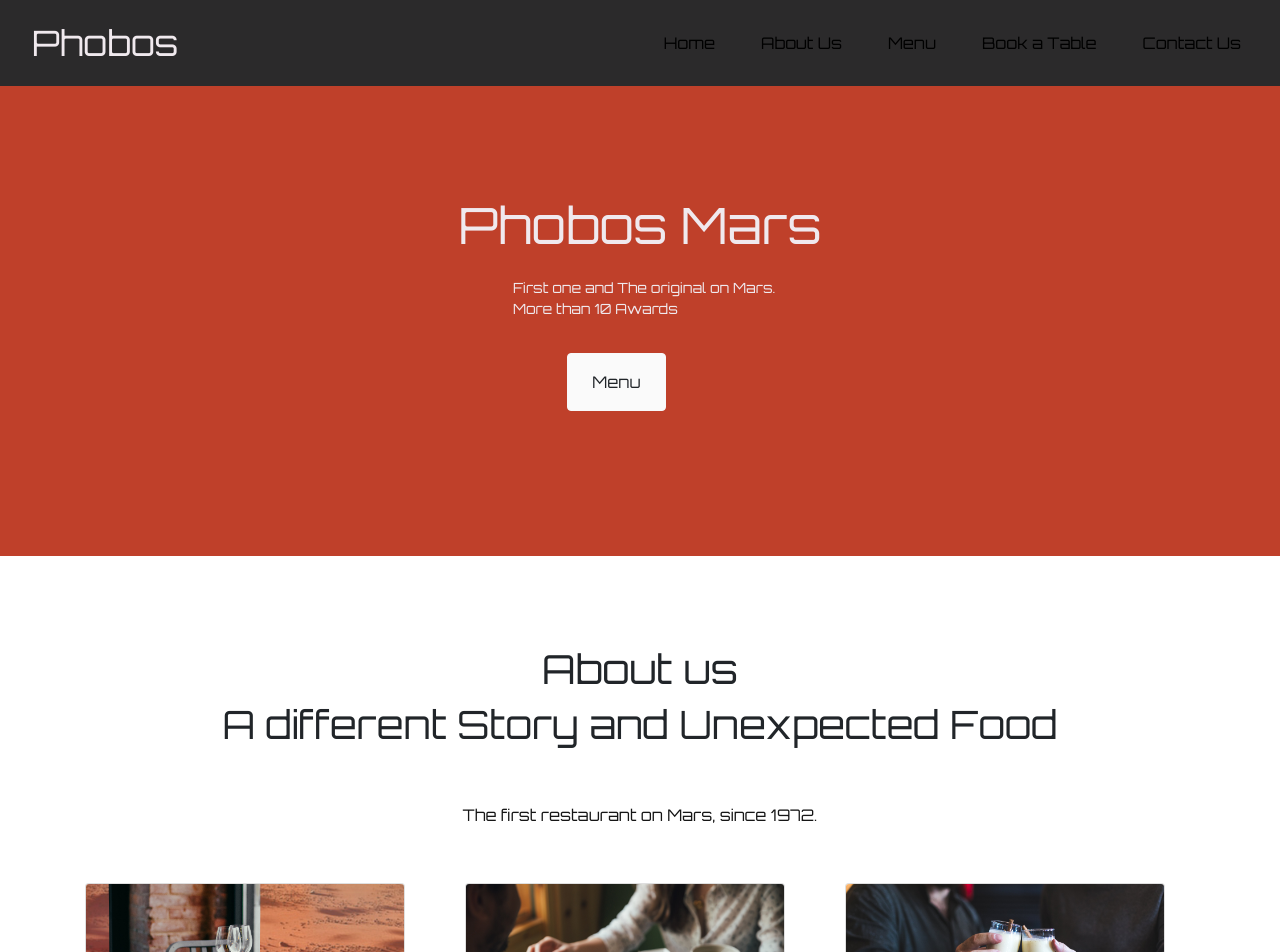
Repository: Code-Institute-Submissions/vinicald-Milestone-Project-1
Page: index.html
The author's editor kept a record of every edit. The page is drawn from the files as they stood at one moment, then again after the next edit.
The browser window is 1280 px wide. The pictures show the part of the page from y = 0 to 952 px (the page is 3392 px tall).
Backgrounds fixed to the window are drawn as part of the page. Some web fonts or font styles are not loaded; a fallback is used. Some web libraries are served in a nearby version.

Above is the page before.

### index.html
<!DOCTYPE html>
<html lang="en">

<head>
    <meta charset="UTF-8">
    <meta name="viewport" content="width=device-width, initial-scale=1.0">
    <meta http-equiv="X-UA-Compatible" content="ie=edge">
    <link rel="stylesheet" href="https://stackpath.bootstrapcdn.com/bootstrap/4.3.1/css/bootstrap.min.css" integrity="sha384-ggOyR0iXCbMQv3Xipma34MD+dH/1fQ784/j6cY/iJTQUOhcWr7x9JvoRxT2MZw1T" crossorigin="anonymous">
    <link rel="stylesheet" href="https://cdnjs.cloudflare.com/ajax/libs/font-awesome/5.9.0/css/all.css" integrity="undefined" crossorigin="anonymous" />
    <link rel="stylesheet" href="https://cdnjs.cloudflare.com/ajax/libs/hover.css/2.3.1/css/hover-min.css" integrity="sha256-c+C87jupO1otD1I5uyxV68WmSLCqtIoNlcHLXtzLCT0=" crossorigin="anonymous" />
    <link rel="stylesheet" href="assets/css/style.css" type="text/css" />
    <title>Phobos - The Only One</title>
</head>

<body>

    <header>
        <nav class="navbar navbar-expand-lg navbar-light">
            <a href="#" class="navbar-brand ml-3">Phobos</a>
            <button class="navbar-toggler" type="button" data-toggle="collapse" data-target="#navbarMenu" arial-controls="navbarMenu" aria-expand="false" aria-label="Toggle Navigation">
                <span class="navbar-toggler-icon"></span>
            </button>
            <div class="collapse navbar-collapse"></div>
            <div class="collapse navbar-collapse" id="navbarMenu">
                <ul class="navbar-nav ml-auto">
                    <li class="nav-item active">
                        <a href="#" class="nav-link">Home</a>
                    </li>
                    <li class="nav-item">
                        <a href="#aboutus" class="nav-link">About Us</a>
                    </li>
                    <li class="nav-item">
                        <a href="#menu" class="nav-link">Menu</a>
                    </li>
                    <li class="nav-item">
                        <a href="#" class="nav-link">Book a Table</a>
                    </li>
                    <li class="nav-item">
                        <a href="#" class="nav-link">Contact Us</a>
                    </li>
                </ul>
            </div>
        </nav>
    </header>

    <main>
        <div class="container-fluid p-0">
            <div class="site-content">
                <div class="d-flex justify-content-center">
                    <div class="d-flex flex-column">
                        <h1 class="site-title">Phobos Mars</h1>
                        <p class="site-desc">First one and The original on Mars.<br>More than 10 Awards</br>
                        </p>
                        <div class="d-flex flex-row">
                            <input type="button" value="Menu" class="btn site-btn1 px-4 py-3 mr-4 btn-light">
                        </div>
                    </div>
                </div>
            </div>
        </div>

        <div class="aboutus" id="aboutus">
            <div class="container text-center">
                <h1 class="heading-1">About us</h1>
                <h1 class="heading-2">A different Story and Unexpected Food</h1>
                <p class="para-1">The first restaurant on Mars, since 1972.</p>
                <div class="row justify-content-center text-center">
                    <div class="col-md-4">
                        <div class="card">
                            <img src="assets/images/restaurante.jpg" alt="Image1" class="card-img-top"></img>
                            <div class="card-body">
                                <h4 class="card-title">
                                    The First One
                                </h4>
                                <p class="card-text">
                                    The Restaurant was created in 1972, after our good old friend Louis Armstrong started this business on Mars.
                                </p>
                            </div>
                        </div>
                    </div>
                    <div class="col-md-4">
                        <div class="card">
                            <img src="assets/images/couple-on-coffee-date.jpg" alt="Image2" class="card-img-top">
                            <div class="card-body">
                                <h4 class="card-title">
                                    More Than 10 Awards
                                </h4>
                                <p class="card-text">
                                    We have been nominated more than 30 times for the Alien Space Restaurant of the Galaxy and we have won more than 10 Awards.
                                </p>
                            </div>
                        </div>
                    </div>
                    <div class="col-md-4">
                        <div class="card">
                            <img src="assets/images/cheers-to-holiday-eggnog.jpg" alt="Image3" class="card-img-top">
                            <div class="card-body">
                                <h4 class="card-title">
                                    The Perfect Food
                                </h4>
                                <p class="card-text">
                                    We serve the perfect dishes to all situations, from a galaxy meeting til a quick coffee.
                                </p>
                            </div>
                        </div>
                    </div>

                </div>
            </div>
        </div>

        <div class="menu" id="menu">
            <div class="container-fluid">
                <div class="d-flex justify-content-end">
                    <div class="d-flex flex-column m-4">
                        <h1 class="heading-1">Menu</h1>
                        <p class="para">Check it below</p>
                        <input type="button" value="Menu" class="btn btn-danger">
                    </div>
                </div>
            </div>
        </div>

        <div class="bookatable">
            <div class="container-fluid">
                <div class="d-flex flex-column m-4">
                    <div class="cardtable">
                        <h5 class="card-header info-color dark-text text-center py-4">
                            <strong>Book a table</strong>
                            <p>Send us a request and we will confirm to you if your table has been booked.</p>
                        </h5>
                        <div class="card-body px-lg-5 pt-0">
                            <form class="text-center" style="color: #757575;" action="#!">
                                <div class="md-form mt-3">
                                    <label for="materialContactFormName">Name</label>
                                    <input type="text" id="materialContactFormName" class="form-control">
                                </div>
                                <div class="md-form">
                                    <label for="materialContactFormEmail">E-mail</label>
                                    <input type="email" id="materialContactFormEmail" class="form-control">
                                </div>
                                <span>What time?</span>
                                <select class="mdb-select">
                                    <option value="" disabled>Choose option</option>
                                    <option value="1" selected>Morning</option>
                                    <option value="2">Afternoon</option>
                                    <option value="3">Evening</option>
                                </select>
                                <span>How many?</span>
                                <select class="mdb-select">
                                    <option value="" disabled>Choose option</option>
                                    <option value="1" selected>1</option>
                                    <option value="2">2</option>
                                    <option value="3">3</option>
                                    <option value="3">4</option>
                                    <option value="3">5+</option>
                                </select>
                                <div class="md-form">
                                    <label for="materialContactFormMessage">Let us know about any special request.</label>
                                    <textarea id="materialContactFormMessage" class="form-control md-textarea" rows="3"></textarea>
                                </div>
                                <button class="btn btn-outline-info btn-rounded btn-block z-depth-0 my-4 waves-effect" type="submit">Send</button>
                            </form>
                        </div>
                    </div>
                </div>
            </div>
        </div>


        <div class="contactus bg-dark">
            <div class="container">
                <div class="row">
                    <div class="col-md-7">
                        <img src="assets/images/logo mars.png" class="img-fluid" alt="Image7" width="590">
                    </div>
                    <div class="col-md-5">
                        <h1 class="text-white">
                            Contact Us<br> Best Restaurant Nice Team to Work With.
                        </h1>
                        <p class="para-1">Send your message or just your CV and we will contact you.</p>
                        <div class="form-inline justify-content-center">
                            <input type="text" name="Email" id="email" placeholder="Email" size="40" class="form-control px-4 py-2">
                            <input type="button" value="Contact Us" class="btn btn-danger btn-light">
                        </div>
                    </div>
                </div>
            </div>
        </div>
    </main>

    <footer>
        <div class="social text-center">
            <h4 style="margin-top: 5%">Best Restaurant - Mars 2019.</h4>
            <h4 class="my-4">Follow us below.</h4>
            <div class="social" style="margin: 5%;">
                <div class="d-flex flex-row justify-content-center">
                    <i class="fab fa-facebook-f m-2"></i>
                    <i class="fab fa-twitter m-2"></i>
                    <i class="fab fa-instagram m-2"></i>
                    <i class="fab fa-youtube m-2"></i>
                </div>
            </div>
            <hr>
            <h5 style="color: black">Phobos - Mars &copy</h5>
        </div>
    </footer>
    <script src="https://code.jquery.com/jquery-3.3.1.slim.min.js" integrity="sha384-q8i/X+965DzO0rT7abK41JStQIAqVgRVzpbzo5smXKp4YfRvH+8abtTE1Pi6jizo" crossorigin="anonymous"></script>
    <script src="https://cdnjs.cloudflare.com/ajax/libs/popper.js/1.14.7/umd/popper.min.js" integrity="sha384-UO2eT0CpHqdSJQ6hJty5KVphtPhzWj9WO1clHTMGa3JDZwrnQq4sF86dIHNDz0W1" crossorigin="anonymous"></script>
    <script src="https://stackpath.bootstrapcdn.com/bootstrap/4.3.1/js/bootstrap.min.js" integrity="sha384-JjSmVgyd0p3pXB1rRibZUAYoIIy6OrQ6VrjIEaFf/nJGzIxFDsf4x0xIM+B07jRM" crossorigin="anonymous"></script>
</body>
</html>

### assets/css/style.css
@import url('https://fonts.googleapis.com/css?family=Lexend+Deca: 100, 200, 300, 400, 500, 600, 700|Lato|Overlock+SC|Pacifico|Righteuos|Roboto|Orbitron|Exo:100, 200, 300, 400, 500, 600, 700');

body {
    padding: 0%;
    margin: 0%;
    font-family: "Lato";
}

/* Heading */

.navbar {
    background-color: #2B2A2B;
}

.navbar-brand {
    font-family: "Orbitron";
    font-size: 35px;
    color: #F0E9EE !important;
}

.nav-link {
    font-size: 16px;
    margin: 15px;
    color: black !important;
    font-family: "Orbitron";
}

.nav-link:hover {
    color: #fafafa !important;
}

.action .nav-link {
    color: #fafafa !important;
}


/* Main Container */

/*
site-content {
    background-image: url('../images/Bleach-Texture-Background-Monochromatic-Backdrop-2448282.jpg');
    background-attachment: fixed;
    background-size: cover;
}
*/

.site-content {
    background-color: #BF402A;
    background-size: cover;
}

.site-title,
.site-desc {
    color: #F0E9EE;
    font-family: "Orbitron";
}

.site-title {
    margin-top: 30%;
    margin-bottom: 6%;
    font-size: 50px;
}

.site-desc {
    font-size: 14px;
    padding-left: 15%;
}

.site-btn1 {
    background-color: #fafafa;
    font-family: "Orbitron";
}

.site-btn1 {
    margin-top: 5%;
    margin-bottom: 40%;
    margin-left: 30%;
}

/* About Us */

.aboutus .heading-1 {
    margin-top: 8%;
    font-family: "Orbitron";
}

.aboutus .heading-2 {
    margin-bottom: 5%;
    font-size: 39px;
    font-family: "Orbitron";
}

.aboutus .para-1 {
    width: 60%;
    margin-left: 20%;
    margin-bottom: 5%;
    font-family: "Orbitron";
}

.aboutus .card-text,
.para-1 {
    color: #161616;
}

.aboutus {
    margin-bottom: 8%;
}

.card {
    width: 20rem;
}

/* Menu */

.menu .container-fluid {
    background-image: url('../images/berry-cheesecake.jpg');
    background-size: cover;
    background-attachment: fixed;
}


.m-4 {
    margin: 6.5rem!important;
}

.menu .heading-1 {
    margin-top: 20%;
    margin-bottom: 4%;
    font-family: "Orbitron";
    width: 80%;
    color: #fafafa;
}

.menu .para {
    width: 100%;
    font-family: "Roboto";
    color: #fafafa;
    margin-bottom: 7%;
}

.menu .btn {
    margin-bottom: 15%;
    width: 60%;
    padding: 3% 5%;
}

/* Book a Table */

.cardtable {
    width: 20;
}

.card-header {
    font-family: "Orbitron";
}

.card-body {
    font-family: "Orbitron";
}

/* Contact Us */

.contactus {
    margin-top: 8%;
}

.contactus .row .col-md-7 .col-md-5 {
    margin-top: 10%;
    margin-bottom: 10%;
}

.contactus h1 {
    color: white;
    font-family: "Orbitron";
    font-size: 30px;
    text-decoration: none;
    margin-top: 20%;
}

.contactus .para-1 {
    color: white;
    font-family: "Orbitron";
    margin-top: 7%;
    font-size: 23px;
    margin-top: 30%;
}

.contactus .form-control {
    margin-bottom: 2%;
}

/* Social */

.social {
    font-family: "Orbitron";
}

.social i {
    color: red;
    font-size: 20px;
}

/* Media */

@media screen and (max-width: 768px) {
    .menu .card {
        width: 14rem;
    }

    .bookatable .col-md-7 img {
        width: 350px;
    }
}

@media screen and (max-width: 320px) {
    .site-content .site-title {
        font-size: 30px;
        padding: 15%;
    }

    .site-content .site-btn1 {
        margin-left: 15%;
    }

    .aboutus .heading-1,
    section-1 .heading-2 {
        font-size: 25px;
    }

    .aboutus .col-md-4 {
        padding: 5%;
        margin-left: 8%;
    }

    .aboutus .card {
        width: 15rem;
    }

    .bookatable .col-md-5 {
        padding: 0% 15%;
    }

    footer input[type="button"] {
        margin-top: 5%;
    }
}

After the next edit:
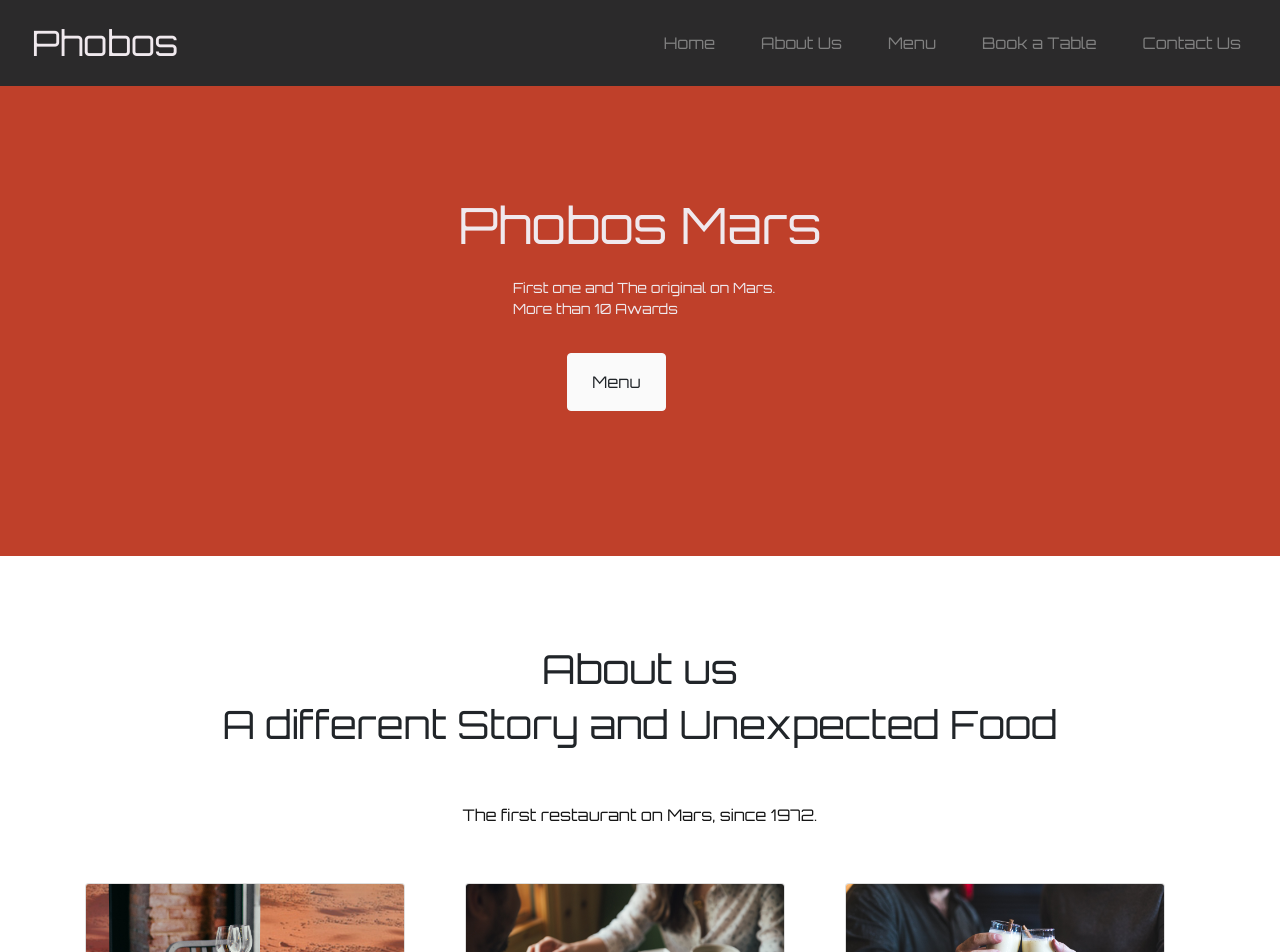
The edit:
--- a/assets/css/style.css
+++ b/assets/css/style.css
@@ -21,7 +21,7 @@
 .nav-link {
     font-size: 16px;
     margin: 15px;
-    color: black !important;
+    color: grey !important;
     font-family: "Orbitron";
 }
 
